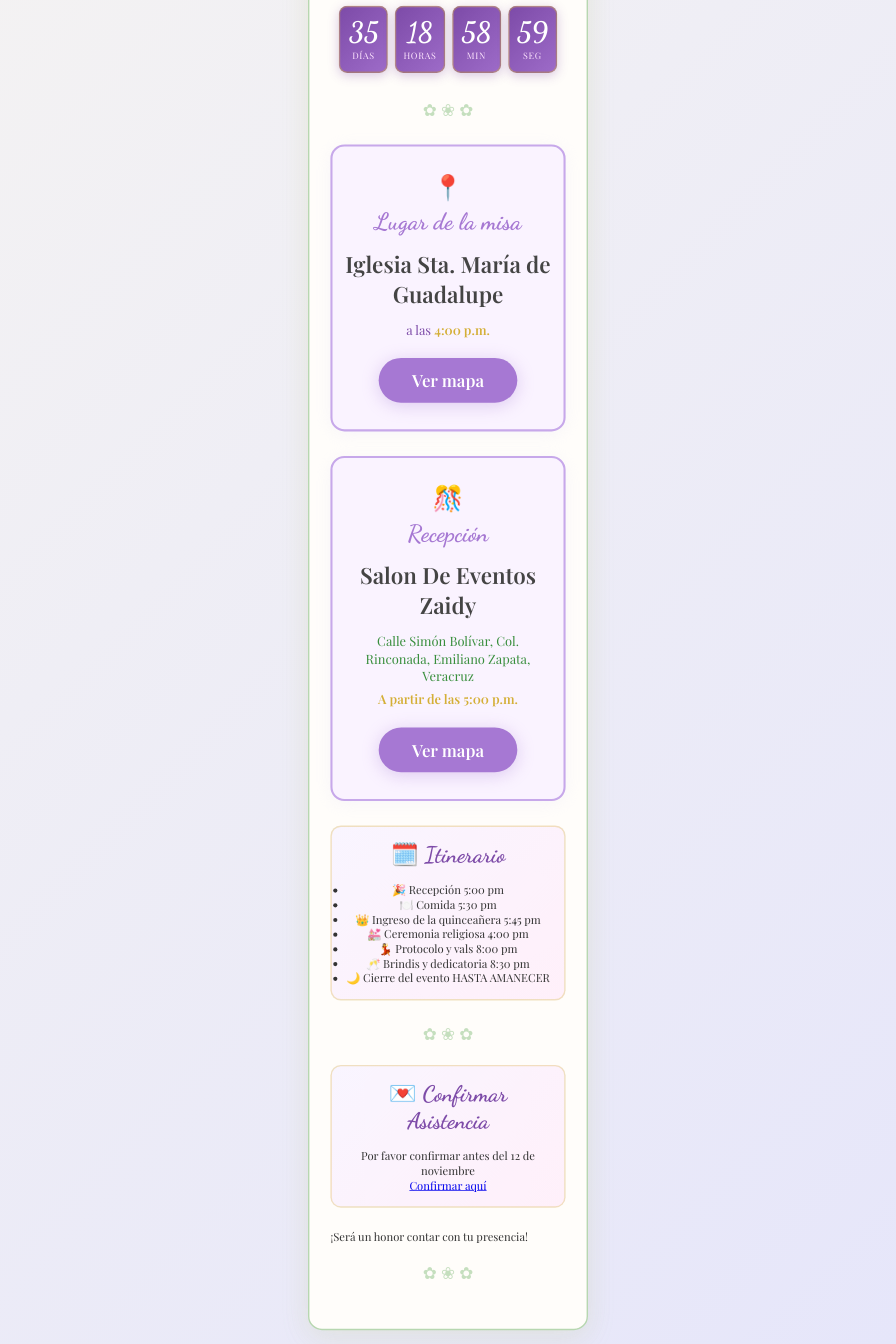
Repository: Jurgt2/InvitacionXvCamila
Page: index.html
An editor plug-in stored every save of this project. The page is shown before and after the next save, followed by the edit.
The browser window is 1280 px wide. The pictures show the part of the page from y = 1126 to 3046 px (the page is 3046 px tall before and 2747 px after), at 70% of full size.
Some web fonts or font styles are not loaded; a fallback is used.

Above is the page before, as saved 2025-11-14 21:37:41.
Console error: TypeError: Cannot read properties of null (reading 'href')

### index.html
<!DOCTYPE html>
<html lang="es">
<head>
    <meta charset="UTF-8">
    <meta name="viewport" content="width=device-width, initial-scale=1.0">
    <title>Mis 15 Años - María Camila</title>

    <!-- Google Fonts -->
    <link rel="preconnect" href="https://fonts.googleapis.com">
    <link rel="preconnect" href="https://fonts.gstatic.com" crossorigin>
    <link href="https://fonts.googleapis.com/css2?family=Dancing+Script:wght@400;700&family=Playfair+Display:ital,wght@0,400;0,600;1,400&display=swap" rel="stylesheet">

    <!-- Estilos personalizados -->
    <link rel="stylesheet" href="style.css">
</head>
<body>
    <!-- Contenedor principal -->
    <div class="container">
    <!-- Encabezado superior eliminado -->
        <!-- 1. Foto circular de la quinceañera -->
        <div class="photo-section">
            <div class="photo-frame">
                <img src="quinceanera.jpg" alt="Emily Camila" class="quinceanera-photo">
            </div>
            <div class="crown-decoration">👑</div>
        </div>
        <!-- 2. Título principal -->
        <h1 class="main-title" style="font-family: 'Dancing Script', cursive; font-size: 2.5rem; font-weight: 700; color: #7d4ba8; text-align: center; margin: 20px 0 0 0;">
            Emily Camila <span style="font-size:2.5rem; color:#6a3d92; font-family: 'Dancing Script', cursive; font-weight: 700;">Salazar Santamaría</span>
        </h1>
        <!-- 3. Subtítulo descriptivo -->
        <p class="subtitle">
            Sus 15 años son un reflejo de su belleza, sus sueños y su alegría.<br>
            Hoy celebramos con entusiasmo y amor...
        </p>
        <!-- Fecha destacada (ahora debajo del texto) -->
        <div class="fecha-xv" style="text-align:center; margin:10px 0 18px 0;">
            <span style="display:inline-block; background:linear-gradient(90deg,#e6e6fa 60%,#d4af37 100%); color:#7d4ba8; border-radius:12px; padding:6px 18px; font-size:1.1rem; font-weight:600; letter-spacing:1px; box-shadow:0 2px 8px #e6e6fa80;">SÁBADO <span style="color:#388e3c; font-size:1.3rem;">20</span> DICIEMBRE</span>
        </div>
        <!-- Nombres de papás y padrinos (formato elegante) -->
        <div class="familia-xv" style="text-align:center; margin:28px 0 18px 0;">
            <span style="color:#7d4ba8; font-size:1.25rem; font-family:'Dancing Script',cursive; font-weight:700; letter-spacing:0.5px; display:block; margin-bottom:6px;">En compañía de</span>
            <div style="display:flex; justify-content:center; align-items:flex-start; gap:32px; flex-wrap:wrap; margin-bottom:6px;">
                <div style="min-width:140px;">
                    <span style="color:#d4af37; font-size:1.1rem; font-family:'Dancing Script',cursive; font-weight:700; display:block; margin-bottom:2px;">Sus papás</span>
                    <span style="display:block; color:#555; font-size:1.08rem; font-family:'Playfair Display',serif; font-style:italic; margin-bottom:2px;">José Antonio Salazar Morales</span>
                    <span style="display:block; color:#555; font-size:1.08rem; font-family:'Playfair Display',serif; font-style:italic;">Lissette Santamaría Correa</span>
                </div>
                <div style="min-width:140px;">
                    <span style="color:#7d4ba8; font-size:1.1rem; font-family:'Dancing Script',cursive; font-weight:700; display:block; margin-bottom:2px;">Sus padrinos</span>
                    <span style="display:block; color:#555; font-size:1.08rem; font-family:'Playfair Display',serif; font-style:italic; margin-bottom:2px;">Félix Córdova Alba</span>
                    <span style="display:block; color:#555; font-size:1.08rem; font-family:'Playfair Display',serif; font-style:italic;">Santa Correa Sánchez</span>
                </div>
            </div>
        </div>
        <!-- Decoración floral -->
        <div class="floral-divider">✿ ❀ ✿</div>

        <!-- 4. Reproductor de música -->
        <div class="music-section">
            <p class="music-instruction">🎵 Clic en el reproductor para escuchar la canción</p>
            <button id="playButton" class="play-button" aria-label="Reproducir música">
                <span id="playIcon">▶</span>
            </button>
            <audio id="audioPlayer" loop>
                <source src="musica.mp3" type="audio/mpeg">
                Tu navegador no soporta el elemento de audio.
            </audio>
        </div>

        <!-- 5. Cuenta regresiva -->
        <div class="countdown-section">
            <h2 class="section-title">Faltan</h2>
            <div class="countdown-container">
                <div class="countdown-box">
                    <div class="countdown-number" id="days">00</div>
                    <div class="countdown-label">Días</div>
                </div>
                <div class="countdown-box">
                    <div class="countdown-number" id="hours">00</div>
                    <div class="countdown-label">Horas</div>
                </div>
                <div class="countdown-box">
                    <div class="countdown-number" id="minutes">00</div>
                    <div class="countdown-label">Min</div>
                </div>
                <div class="countdown-box">
                    <div class="countdown-number" id="seconds">00</div>
                    <div class="countdown-label">Seg</div>
                </div>
            </div>
            <p id="countdownMessage" class="countdown-message"></p>
        </div>

        <!-- Decoración floral -->
        <div class="floral-divider">✿ ❀ ✿</div>

        <!-- 6. Sección LUGAR -->
        <div class="cuadro-misa" style="background: #faf3ff; border: 3px solid #c7a8ea; border-radius: 20px; padding: 32px 18px 38px 18px; margin: 35px 0; text-align: center; box-shadow: 0 4px 24px #e6e6fa55;">
            <div style="font-size:2.2rem; margin-bottom: 8px;">📍</div>
            <div style="font-family: 'Dancing Script', cursive; font-size:2.1rem; color:#a678d3; margin-bottom: 18px; font-weight: 700;">Lugar de la misa</div>
            <div style="font-family: 'Playfair Display', serif; font-size:2rem; color:#444; font-weight:700; margin-bottom: 18px;">Iglesia Sta. María de Guadalupe</div>
            <div style="font-size:1.15rem; color:#7d4ba8; margin-bottom: 28px;">a las <span style="color:#d4af37; font-weight:700;">4:00 p.m.</span></div>
            <a href="https://maps.app.goo.gl/ystdQ5vSETh3HKnf7" target="_blank" rel="noopener noreferrer" style="display:inline-block; background:#a678d3; color:#fff; font-family:'Playfair Display',serif; font-size:1.5rem; font-weight:600; border-radius:32px; padding:16px 48px; text-decoration:none; box-shadow:0 4px 24px #a678d355; transition:background 0.2s;">Ver mapa</a>
        </div>

        <!-- 7. Sección RECEPCIÓN -->
        <div class="cuadro-recepcion" style="background: #faf3ff; border: 3px solid #c7a8ea; border-radius: 20px; padding: 32px 18px 38px 18px; margin: 35px 0; text-align: center; box-shadow: 0 4px 24px #e6e6fa55;">
            <div style="font-size:2.2rem; margin-bottom: 8px;">🎊</div>
            <div style="font-family: 'Dancing Script', cursive; font-size:2.1rem; color:#a678d3; margin-bottom: 18px; font-weight: 700;">Recepción</div>
            <div style="font-family: 'Playfair Display', serif; font-size:2rem; color:#444; font-weight:700; margin-bottom: 18px;">Salon De Eventos Zaidy</div>
            <div style="font-size:1.15rem; color:#388e3c; margin-bottom: 8px;">Calle Simón Bolívar, Col. Rinconada, Emiliano Zapata, Veracruz</div>
            <div style="font-size:1.15rem; color:#d4af37; font-weight:700; margin-bottom: 28px;">A partir de las 5:00 p.m.</div>
            <a href="https://maps.app.goo.gl/BLjvQERLtKDqoa328" target="_blank" rel="noopener noreferrer" style="display:inline-block; background:#a678d3; color:#fff; font-family:'Playfair Display',serif; font-size:1.5rem; font-weight:600; border-radius:32px; padding:16px 48px; text-decoration:none; box-shadow:0 4px 24px #a678d355; transition:background 0.2s;">Ver mapa</a>
        </div>
        <!-- 8. Sección ITINERARIO -->
        <div class="music-section">
            <h2 class="section-title">🗓️ Itinerario</h2>
            <ul class="itinerary-list">
                <li class="itinerary-item">
                    <span class="itinerary-icon">🎉</span>
                    <span class="itinerary-text">Recepción</span>
                    <span class="itinerary-time">5:00 pm</span>
                </li>
                <li class="itinerary-item">
                    <span class="itinerary-icon">🍽️</span>
                    <span class="itinerary-text">Comida</span>
                    <span class="itinerary-time">5:30 pm</span>
                </li>
                <li class="itinerary-item">
                    <span class="itinerary-icon">👑</span>
                    <span class="itinerary-text">Ingreso de la quinceañera</span>
                    <span class="itinerary-time">5:45 pm</span>
                </li>
                <li class="itinerary-item">
                    <span class="itinerary-icon">💒</span>
                    <span class="itinerary-text">Ceremonia religiosa</span>
                    <span class="itinerary-time">4:00 pm</span>
                </li>
                <li class="itinerary-item">
                    <span class="itinerary-icon">💃</span>
                    <span class="itinerary-text">Protocolo y vals</span>
                    <span class="itinerary-time">8:00 pm</span>
                </li>
                <li class="itinerary-item">
                    <span class="itinerary-icon">🥂</span>
                    <span class="itinerary-text">Brindis y dedicatoria</span>
                    <span class="itinerary-time">8:30 pm</span>
                </li>
                <li class="itinerary-item">
                    <span class="itinerary-icon">🌙</span>
                    <span class="itinerary-text">Cierre del evento</span>
                    <span class="itinerary-time">HASTA AMANECER</span>
                </li>
            </ul>
        </div>

        <!-- Decoración floral -->
        <div class="floral-divider">✿ ❀ ✿</div>

        <!-- 9. Sección CONFIRMAR ASISTENCIA -->
        <div class="music-section">
            <h2 class="section-title">💌 Confirmar Asistencia</h2>
            <p class="rsvp-text">Por favor confirmar antes del 12 de noviembre</p>
            <a href="https://wa.me/522791007933?text=Hola%2C%20confirmo%20mi%20asistencia%20a%20los%2015%20a%C3%B1os%20de%20Emily%20Camila.%20%C2%A1Ser%C3%A1%20un%20honor%20acompa%C3%B1arla%20en%20su%20d%C3%ADa%20especial!%20%F0%9F%92%96%F0%9F%8E%89" target="_blank" rel="noopener noreferrer" class="btn btn-primary">
                Confirmar aquí
            </a>
        </div>

        <!-- Footer decorativo -->
        <div class="footer">
            <p class="footer-text">¡Será un honor contar con tu presencia!</p>
            <div class="floral-divider">✿ ❀ ✿</div>
        </div>

    </div>

    <!-- Script JavaScript -->
    <script src="script.js"></script>
</body>
</html>

### style.css
/* ==========================================
   INVITACIÓN QUINCEAÑERA - DULCE PRIMAVERA
   Tema: Morado, Rosa y Dorado
   ========================================== */

/* Reset y configuración base */
* {
    margin: 0;
    padding: 0;
    box-sizing: border-box;
}

body {
    font-family: 'Playfair Display', serif;
    background: linear-gradient(135deg, #f8f6f0 0%, #e6e6fa 100%);
    min-height: 100vh;
    padding: 20px;
    color: #333;
    overflow-x: hidden;
}

/* Contenedor principal */
.container {
    max-width: 400px;
    margin: 0 auto;
    background: #fffdfa;
    border-radius: 20px;
    padding: 40px 30px;
    box-shadow: 0 10px 40px rgba(183, 215, 176, 0.15), 0 10px 40px rgba(212, 175, 55, 0.08);
    border: 2px solid #b7d7b0;
    position: relative;
}

/* ==========================================
   1. SECCIÓN DE FOTO
   ========================================== */
.photo-section {
    text-align: center;
    margin-bottom: 30px;
    position: relative;
}

.photo-frame {
    width: 180px;
    height: 180px;
    margin: 0 auto;
    border-radius: 50%;
    border: 6px solid #b7d7b0;
    overflow: hidden;
    box-shadow: 0 8px 20px rgba(183, 215, 176, 0.25), 0 8px 20px rgba(212, 175, 55, 0.15);
    position: relative;
}

.quinceanera-photo {
    width: 100%;
    height: 100%;
    object-fit: cover;
}

.crown-decoration {
    font-size: 2rem;
    margin-top: 10px;
    animation: float 3s ease-in-out infinite;
}

@keyframes float {
    0%, 100% { transform: translateY(0); }
    50% { transform: translateY(-10px); }
}

/* ==========================================
   2. TÍTULO PRINCIPAL
   ========================================== */
.main-title {
    font-family: 'Dancing Script', cursive;
    font-size: 3rem;
        color: #7d4ba8;
    text-align: center;
    margin: 20px 0;
    text-shadow: 2px 2px 4px #b7d7b0;
    font-weight: 700;
}

/* ==========================================
   3. SUBTÍTULO
   ========================================== */
.subtitle {
    font-size: 1rem;
    font-style: italic;
    text-align: center;
    color: #666;
    line-height: 1.6;
    margin-bottom: 25px;
    padding: 0 10px;
}

/* ==========================================
   DECORACIONES FLORALES
   ========================================== */
.floral-divider {
    text-align: center;
    font-size: 1.5rem;
    color: #b7d7b0;
    margin: 25px 0;
    opacity: 0.8;
}

/* ==========================================
   4. REPRODUCTOR DE MÚSICA
   ========================================== */
.music-section {
    text-align: center;
    margin: 30px 0;
    padding: 20px;
    background: linear-gradient(135deg, #f9f5ff 0%, #fff0fa 100%);
    border-radius: 15px;
    border: 2px solid rgba(212, 175, 55, 0.3);
}

.music-instruction {
    font-size: 0.9rem;
    color: #7d4ba8;
    margin-bottom: 15px;
}

.play-button {
    width: 60px;
    height: 60px;
    border-radius: 50%;
    border: 3px solid #d4af37;
    background: linear-gradient(135deg, #d4af37 0%, #f4d88a 100%);
    color: white;
    font-size: 1.5rem;
    cursor: pointer;
    transition: all 0.3s ease;
    box-shadow: 0 4px 15px rgba(212, 175, 55, 0.4);
    display: flex;
    align-items: center;
    justify-content: center;
    margin: 0 auto;
}

.play-button:hover {
    transform: scale(1.1);
    box-shadow: 0 6px 20px rgba(212, 175, 55, 0.6);
}

.play-button:active {
    transform: scale(0.95);
}

#playIcon {
    display: inline-block;
    margin-left: 3px;
}

/* ==========================================
   5. CUENTA REGRESIVA
   ========================================== */
.countdown-section {
    margin: 35px 0;
    text-align: center;
}

.section-title {
    font-family: 'Dancing Script', cursive;
    font-size: 2rem;
        color: #7d4ba8;
    margin-bottom: 20px;
    text-align: center;
}

.countdown-container {
    display: flex;
    justify-content: center;
    gap: 10px;
    flex-wrap: wrap;
}

.countdown-box {
    background: linear-gradient(135deg, #7d4ba8 0%, #9d6bc8 100%);
    border-radius: 12px;
    padding: 15px 10px;
    min-width: 70px;
    box-shadow: 0 4px 15px rgba(125, 75, 168, 0.3);
    border: 2px solid rgba(212, 175, 55, 0.4);
}

.countdown-number {
    font-family: 'Dancing Script', cursive;
    font-size: 2.5rem;
    color: white;
    font-weight: 700;
    line-height: 1;
}

.countdown-label {
    font-size: 0.8rem;
    color: #ffe6ff;
    margin-top: 5px;
    text-transform: uppercase;
    letter-spacing: 1px;
}

.countdown-message {
    margin-top: 20px;
    font-family: 'Dancing Script', cursive;
    font-size: 1.5rem;
    color: #d4af37;
    font-weight: 700;
        color: #666;

/* ==========================================
   6. SECCIÓN LUGAR
   ========================================== */
.location-section {
    text-align: center;
    margin: 35px 0;
    padding: 25px;
    background: #fff;
    border-radius: 15px;
    border: 2.5px solid #d4af37;
    box-shadow: 0 4px 16px rgba(212, 175, 55, 0.10);
}

.location-name {
    font-size: 1.1rem;
        color: #555;
    margin: 15px 0 20px 0;
    font-weight: 600;
}

/* ==========================================
   7. ITINERARIO
   ========================================== */
.itinerary-section {
    margin: 35px 0;
    padding: 25px;
    background: linear-gradient(135deg, #f8f6f0 0%, #e6e6fa 100%);
    border-radius: 15px;
    border: 2px solid #b7d7b0;
    box-shadow: 0 4px 16px rgba(183, 215, 176, 0.10);
}

.itinerary-list {
    list-style: none;
    margin-top: 20px;
}

.itinerary-item {
    display: flex;
    align-items: center;
    padding: 12px 0;
    border-bottom: 1px solid rgba(125, 75, 168, 0.1);
}

.itinerary-item:last-child {
    border-bottom: none;
}

.itinerary-icon {
    font-size: 1.3rem;
    margin-right: 12px;
    min-width: 30px;
}

.itinerary-text {
    flex: 1;
    font-size: 0.95rem;
        color: #555;
}

.itinerary-time {
    font-size: 0.9rem;
    color: #7d4ba8;
    font-weight: 600;
    min-width: 70px;
    text-align: right;
}

/* ==========================================
   8. CONFIRMAR ASISTENCIA
   ========================================== */
.rsvp-section {
    text-align: center;
    margin: 35px 0;
    padding: 25px;
    background: linear-gradient(135deg, #fff0ff 0%, #fffaff 100%);
    border-radius: 15px;
    border: 2px solid rgba(212, 175, 55, 0.3);
}

.rsvp-text {
    font-size: 1rem;
        color: #666;
    margin: 15px 0 20px 0;
    font-style: italic;
}

/* ==========================================
   BOTONES
   ========================================== */
.btn {
    display: inline-block;
    padding: 12px 30px;
    border-radius: 25px;
    text-decoration: none;
    font-size: 1rem;
    font-weight: 600;
    transition: all 0.3s ease;
    cursor: pointer;
    border: none;
    text-align: center;
    font-family: 'Playfair Display', serif;
}

.btn-primary {
    background: linear-gradient(135deg, #7d4ba8 0%, #9d6bc8 100%);
    color: white;
    box-shadow: 0 4px 15px rgba(125, 75, 168, 0.3);
}

.btn-primary:hover {
    transform: scale(1.05);
    box-shadow: 0 6px 20px rgba(125, 75, 168, 0.5);
    background: linear-gradient(135deg, #6a3d92 0%, #8a5ab4 100%);
}

.btn-primary:active {
    transform: scale(0.98);
}

/* ==========================================
   FOOTER
   ========================================== */
.footer {
    text-align: center;
    margin-top: 40px;
    padding-top: 20px;
    border-top: 2px solid rgba(125, 75, 168, 0.1);
}

.footer-text {
    font-family: 'Dancing Script', cursive;
    font-size: 1.3rem;
        color: #7d4ba8;
    margin-bottom: 15px;
}

/* ==========================================
   RESPONSIVE DESIGN
   ========================================== */
@media (max-width: 450px) {
    .container {
        padding: 30px 20px;
    }

    .main-title {
        font-size: 2.5rem;
    }

    .countdown-box {
        min-width: 65px;
        padding: 12px 8px;
    }

    .countdown-number {
        font-size: 2rem;
    }

    .section-title {
        font-size: 1.7rem;
    }

    .itinerary-text {
        font-size: 0.85rem;
    }

    .itinerary-time {
        font-size: 0.8rem;
        min-width: 60px;
    }
}

@media (max-width: 350px) {
    .photo-frame {
        width: 150px;
        height: 150px;
    }

    .main-title {
        font-size: 2.2rem;
    }

    .countdown-container {
        gap: 8px;
    }

    .countdown-box {
        min-width: 60px;
        padding: 10px 5px;
    }

    .countdown-number {
        font-size: 1.8rem;
    }
}

Loaded but not shown: script.js (157 lines, source omitted)

After the next save:
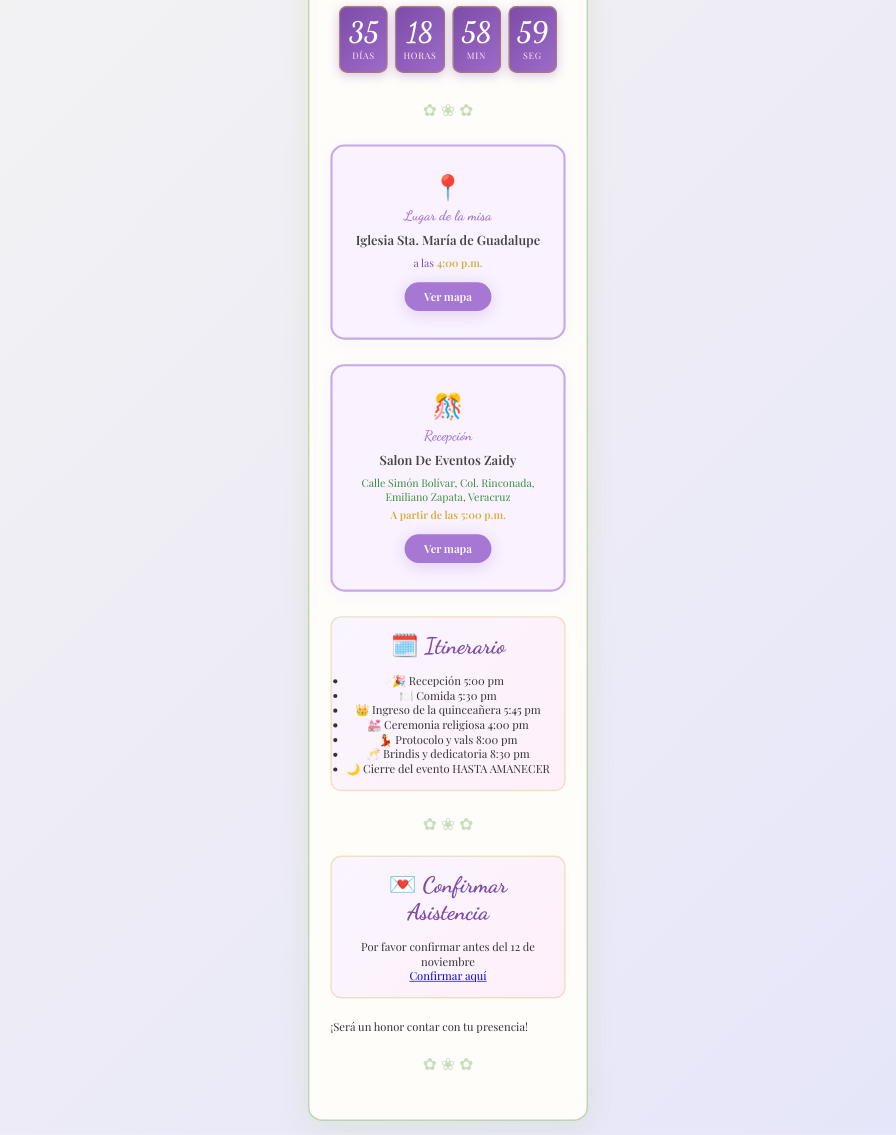
Saved 88 s later.
--- a/index.html
+++ b/index.html
@@ -98,20 +98,20 @@
         <!-- 6. Sección LUGAR -->
         <div class="cuadro-misa" style="background: #faf3ff; border: 3px solid #c7a8ea; border-radius: 20px; padding: 32px 18px 38px 18px; margin: 35px 0; text-align: center; box-shadow: 0 4px 24px #e6e6fa55;">
             <div style="font-size:2.2rem; margin-bottom: 8px;">📍</div>
-            <div style="font-family: 'Dancing Script', cursive; font-size:2.1rem; color:#a678d3; margin-bottom: 18px; font-weight: 700;">Lugar de la misa</div>
-            <div style="font-family: 'Playfair Display', serif; font-size:2rem; color:#444; font-weight:700; margin-bottom: 18px;">Iglesia Sta. María de Guadalupe</div>
-            <div style="font-size:1.15rem; color:#7d4ba8; margin-bottom: 28px;">a las <span style="color:#d4af37; font-weight:700;">4:00 p.m.</span></div>
-            <a href="https://maps.app.goo.gl/ystdQ5vSETh3HKnf7" target="_blank" rel="noopener noreferrer" style="display:inline-block; background:#a678d3; color:#fff; font-family:'Playfair Display',serif; font-size:1.5rem; font-weight:600; border-radius:32px; padding:16px 48px; text-decoration:none; box-shadow:0 4px 24px #a678d355; transition:background 0.2s;">Ver mapa</a>
+                <div style="font-family: 'Dancing Script', cursive; font-size:1.25rem; color:#a678d3; margin-bottom: 10px; font-weight: 700;">Lugar de la misa</div>
+                <div style="font-family: 'Playfair Display', serif; font-size:1.15rem; color:#444; font-weight:700; margin-bottom: 10px;">Iglesia Sta. María de Guadalupe</div>
+                <div style="font-size:0.95rem; color:#7d4ba8; margin-bottom: 18px;">a las <span style="color:#d4af37; font-weight:700;">4:00 p.m.</span></div>
+                <a href="https://maps.app.goo.gl/ystdQ5vSETh3HKnf7" target="_blank" rel="noopener noreferrer" style="display:inline-block; background:#a678d3; color:#fff; font-family:'Playfair Display',serif; font-size:1rem; font-weight:600; border-radius:32px; padding:10px 28px; text-decoration:none; box-shadow:0 4px 24px #a678d355; transition:background 0.2s;">Ver mapa</a>
         </div>
 
         <!-- 7. Sección RECEPCIÓN -->
         <div class="cuadro-recepcion" style="background: #faf3ff; border: 3px solid #c7a8ea; border-radius: 20px; padding: 32px 18px 38px 18px; margin: 35px 0; text-align: center; box-shadow: 0 4px 24px #e6e6fa55;">
             <div style="font-size:2.2rem; margin-bottom: 8px;">🎊</div>
-            <div style="font-family: 'Dancing Script', cursive; font-size:2.1rem; color:#a678d3; margin-bottom: 18px; font-weight: 700;">Recepción</div>
-            <div style="font-family: 'Playfair Display', serif; font-size:2rem; color:#444; font-weight:700; margin-bottom: 18px;">Salon De Eventos Zaidy</div>
-            <div style="font-size:1.15rem; color:#388e3c; margin-bottom: 8px;">Calle Simón Bolívar, Col. Rinconada, Emiliano Zapata, Veracruz</div>
-            <div style="font-size:1.15rem; color:#d4af37; font-weight:700; margin-bottom: 28px;">A partir de las 5:00 p.m.</div>
-            <a href="https://maps.app.goo.gl/BLjvQERLtKDqoa328" target="_blank" rel="noopener noreferrer" style="display:inline-block; background:#a678d3; color:#fff; font-family:'Playfair Display',serif; font-size:1.5rem; font-weight:600; border-radius:32px; padding:16px 48px; text-decoration:none; box-shadow:0 4px 24px #a678d355; transition:background 0.2s;">Ver mapa</a>
+                <div style="font-family: 'Dancing Script', cursive; font-size:1.25rem; color:#a678d3; margin-bottom: 10px; font-weight: 700;">Recepción</div>
+                <div style="font-family: 'Playfair Display', serif; font-size:1.15rem; color:#444; font-weight:700; margin-bottom: 10px;">Salon De Eventos Zaidy</div>
+                <div style="font-size:0.95rem; color:#388e3c; margin-bottom: 6px;">Calle Simón Bolívar, Col. Rinconada, Emiliano Zapata, Veracruz</div>
+                <div style="font-size:0.95rem; color:#d4af37; font-weight:700; margin-bottom: 18px;">A partir de las 5:00 p.m.</div>
+                <a href="https://maps.app.goo.gl/BLjvQERLtKDqoa328" target="_blank" rel="noopener noreferrer" style="display:inline-block; background:#a678d3; color:#fff; font-family:'Playfair Display',serif; font-size:1rem; font-weight:600; border-radius:32px; padding:10px 28px; text-decoration:none; box-shadow:0 4px 24px #a678d355; transition:background 0.2s;">Ver mapa</a>
         </div>
         <!-- 8. Sección ITINERARIO -->
         <div class="music-section">
